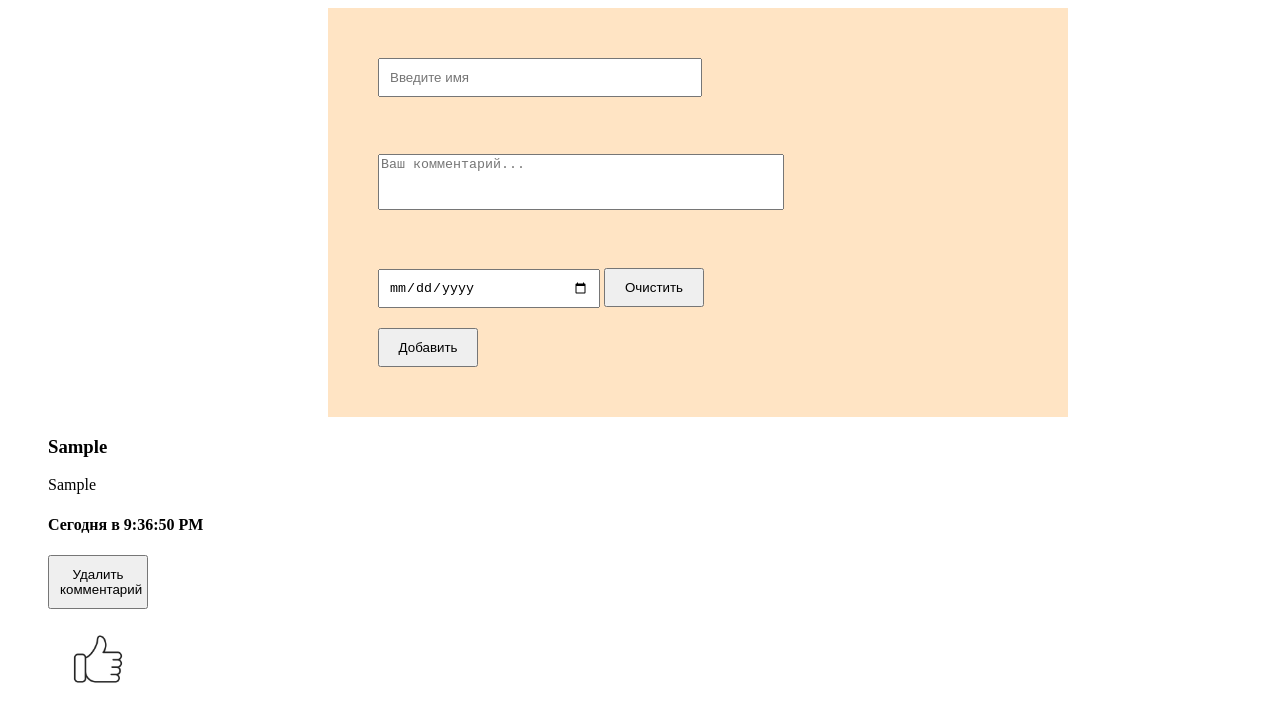
Repository: Grid-Master/commentList
Page: index.html
These files come from the project's save history. The page is drawn as it stood at one moment and after the next save; the edit follows.
The browser window is 1280 px wide. The pictures show the whole page.
Empty fields were first filled with sample values (such as "Sample", 5 or name@example.com).
After loading, the first visible `form` was submitted once.
Pictures or frames that could not be fetched are drawn as grey boxes.

Above is the page before, as saved 2023-03-12 23:37:54.

### index.html
<!DOCTYPE html>
<html lang="en">
  <head>
    <meta charset="UTF-8" />
    <meta http-equiv="X-UA-Compatible" content="IE=edge" />
    <meta name="viewport" content="width=device-width, initial-scale=1.0" />
    <title>Comments</title>
    <style>
      form {
        width: 50vw;
        margin-left: 25vw;
        background-color: bisque;
        display: flex;
        flex-direction: column;
        padding: 50px;
      }

      input[type='text'] {
        width: 300px;
        padding: 10px;
        margin-bottom: 20px;
      }
      textarea {
        width: 400px;
        height: 50px;
        resize: none;
        margin-bottom: 20px;
      }

      input[type='date'] {
        width: 200px;
        padding: 9px;
        margin-bottom: 20px;
      }

      button {
        width: 100px;
        padding: 10px;
      }

      #nameReq,
      #commentReq {
        color: red;
      }

      .unliked {
        background-image: url('./images/istockphoto-1136351242-612x612.jpg');
        background-size: cover;
        cursor: pointer;
      }
      .liked {
        background-image: url('./images/Multimedia__28107_29.jpg');
      }
    </style>
  </head>
  <body>
    <form onsubmit="addComment(); return false">
      <input id="name" type="text" placeholder="Введите имя" required />
      <h3 id="nameReq"></h3>
      <textarea id="comment" placeholder="Ваш комментарий..." required></textarea>
      <h3 id="commentReq"></h3>
      <div>
        <input type="date" id="date" />
        <button type="button" onclick="clearDate()">Очистить</button>
      </div>
      <button type="submit">Добавить</button>
    </form>
    <ul id="commentList"></ul>
    <script src="./script.js"></script>
  </body>
</html>

### script.js
let nameReq = document.getElementById('nameReq');
let commentReq = document.getElementById('commentReq');
let nameInput = document.getElementById('name');
let commentInput = document.getElementById('comment');
let dateInput = document.getElementById('date');
document.getElementById('date').valueAsDate = new Date();

function clearDate() {
  document.getElementById('date').valueAsDate = null;
}

nameInput.addEventListener('change', () => {
  if (nameInput.value == '') {
    nameReq.innerText = 'Введите имя!';
  } else {
    nameReq.innerText = '';
  }
});

commentInput.addEventListener('change', () => {
  if (commentInput.value == '') {
    commentReq.innerText = 'Введите комментарий!';
  } else {
    commentReq.innerText = '';
  }
});

function addComment() {
  let name = nameInput.value;
  let comment = commentInput.value;
  let date = dateInput.valueAsDate;
  let list = document.getElementById('commentList');

  let nameEl = document.createElement('h3');
  let commentEl = document.createElement('p');
  let dateEl = document.createElement('h4');
  let deleteEl = document.createElement('button');
  let likeEl = document.createElement('div');
  let container = document.createElement('div');

  nameEl.innerHTML = name;
  commentEl.innerHTML = comment;
  deleteEl.textContent = 'Удалить комментарий';
  likeEl.style.width = '100px';
  likeEl.style.height = '100px';
  likeEl.className = 'unliked';

  deleteEl.addEventListener('click', () => {
    deleteEl.parentElement.remove();
  });

  //   likeEl.ontoggle(() => {});

  if (date.toLocaleDateString() == new Date().toLocaleDateString()) {
    dateEl.innerHTML = `Сегодня в ${new Date().toLocaleTimeString()}`;
    container.append(nameEl, commentEl, dateEl, deleteEl, likeEl);
  } else if (date.toLocaleDateString() == new Date(Date.now() - 86400000).toLocaleDateString()) {
    dateEl.innerHTML = `Вчера в ${new Date().toLocaleTimeString()}`;
    container.append(nameEl, commentEl, dateEl, deleteEl, likeEl);
  } else {
    dateEl.innerHTML = `${date.toLocaleDateString()} в ${new Date().toLocaleTimeString()}`;
    container.append(nameEl, commentEl, dateEl, deleteEl, likeEl);
  }
  list.append(container);

  nameInput.value = '';
  commentInput.value = '';
  dateInput.value = null;
}

After the next save:
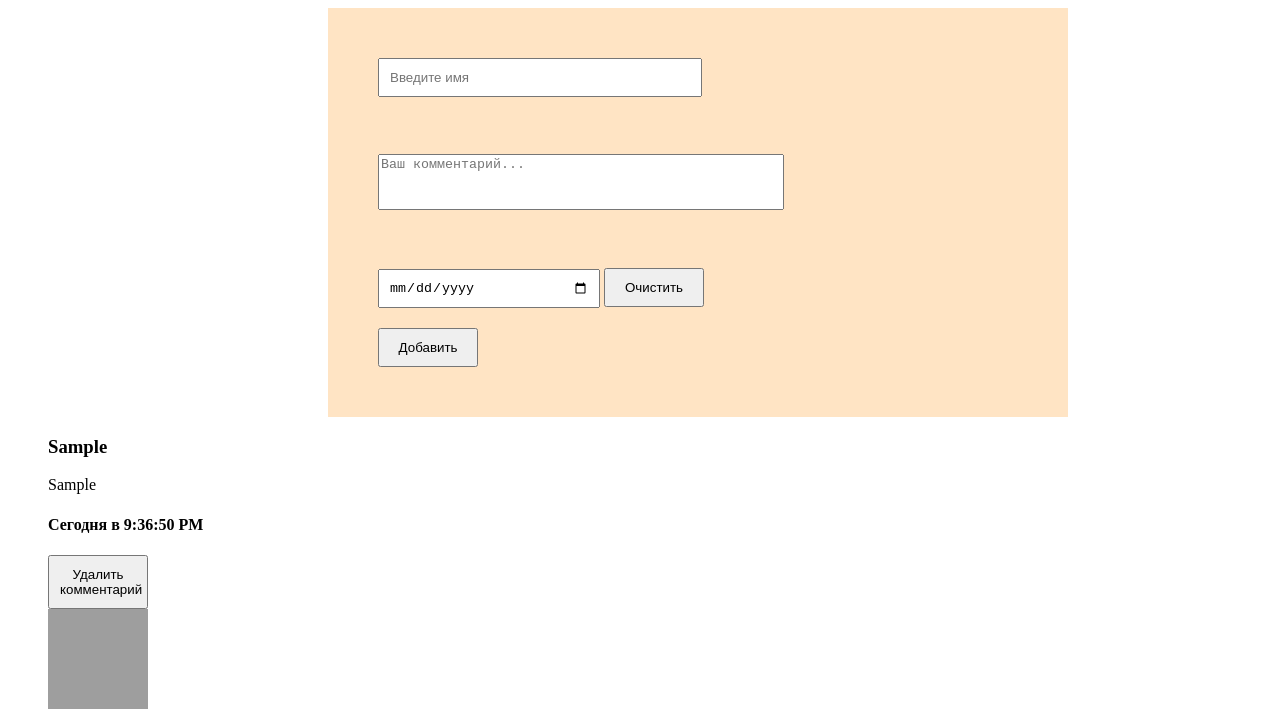
Saved 46 s later.
--- a/script.js
+++ b/script.js
@@ -49,7 +49,7 @@ function addComment() {
     deleteEl.parentElement.remove();
   });
 
-  //   likeEl.ontoggle(() => {});
+  likeEl.classList.toggle('liked');
 
   if (date.toLocaleDateString() == new Date().toLocaleDateString()) {
     dateEl.innerHTML = `Сегодня в ${new Date().toLocaleTimeString()}`;

After the save that followed:
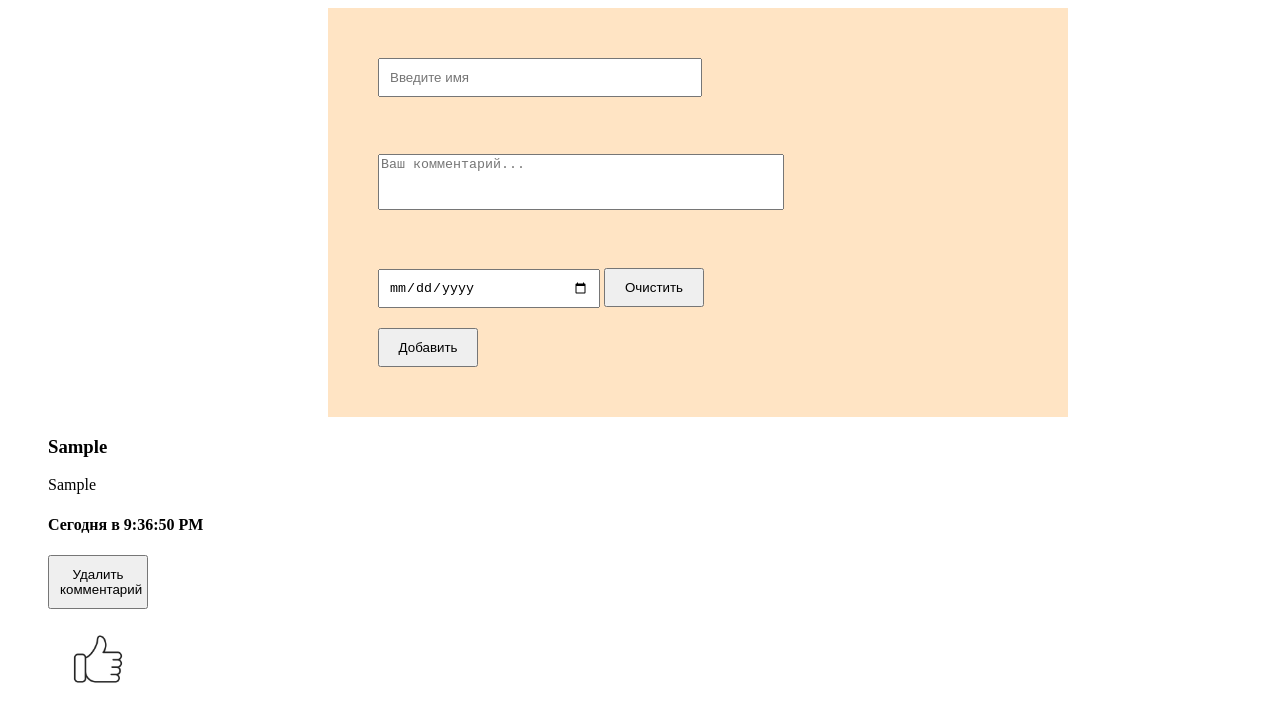
Saved 72 s later.
--- a/script.js
+++ b/script.js
@@ -43,7 +43,7 @@ function addComment() {
   deleteEl.textContent = 'Удалить комментарий';
   likeEl.style.width = '100px';
   likeEl.style.height = '100px';
-  likeEl.className = 'unliked';
+  likeEl.className = 'unliked liked';
 
   deleteEl.addEventListener('click', () => {
     deleteEl.parentElement.remove();
